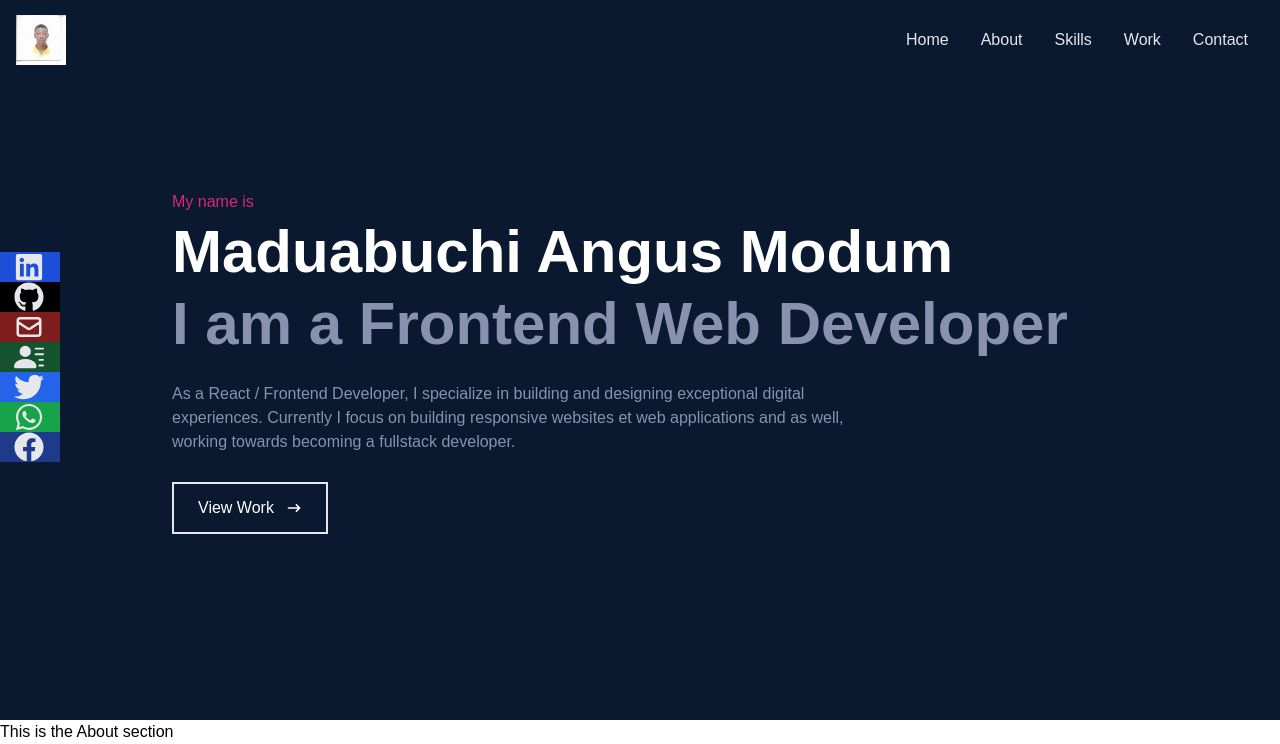
Repository: AngusOnyebuchi/Dashboard
Page: /
An editor plug-in stored every save of this project. The page is shown before and after the next save, followed by the edit.
The browser window is 1280 px wide. The pictures show the whole page.
The project was rebuilt for these pictures with package versions that can differ from the ones it lists, and the page was loaded fresh each time.

Above is the page before, as saved 2022-04-13 23:03:54.

After the next save:
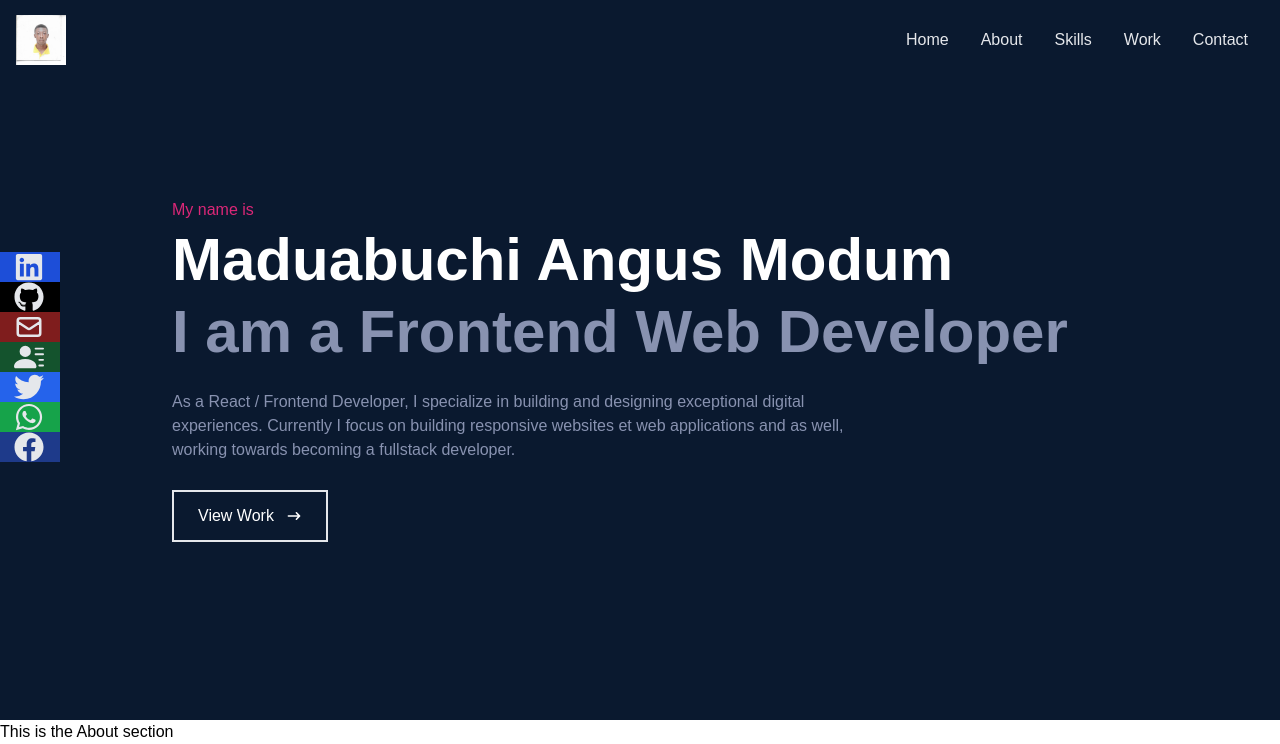
Saved 47 s later.
--- a/src/components/Home.js
+++ b/src/components/Home.js
@@ -7,7 +7,7 @@ export default function Home() {
 
             {/** Container */}
             <div className="max-w-[1000px] mx-auto px-8 flex flex-col justify-center h-full">
-               <p className="text-pink-600 mt-4 mb-2">My name is</p>
+               <p className="text-pink-600 mt-8 mb-2">My name is</p>
                <h1 className="text-3xl sm:text-6xl font-bold text-white">Maduabuchi Angus Modum</h1>
                <h2 className="text-4xl sm:text-6xl font-bold text-[#8892b0] py-3">I am a Frontend Web Developer </h2>
                <p className="text-[#8892b0] py-4 max-w-[700px]">As a React / Frontend Developer, I specialize in building and designing exceptional digital experiences. Currently I focus on building responsive websites et web applications and as well, working towards becoming a fullstack developer.</p>
